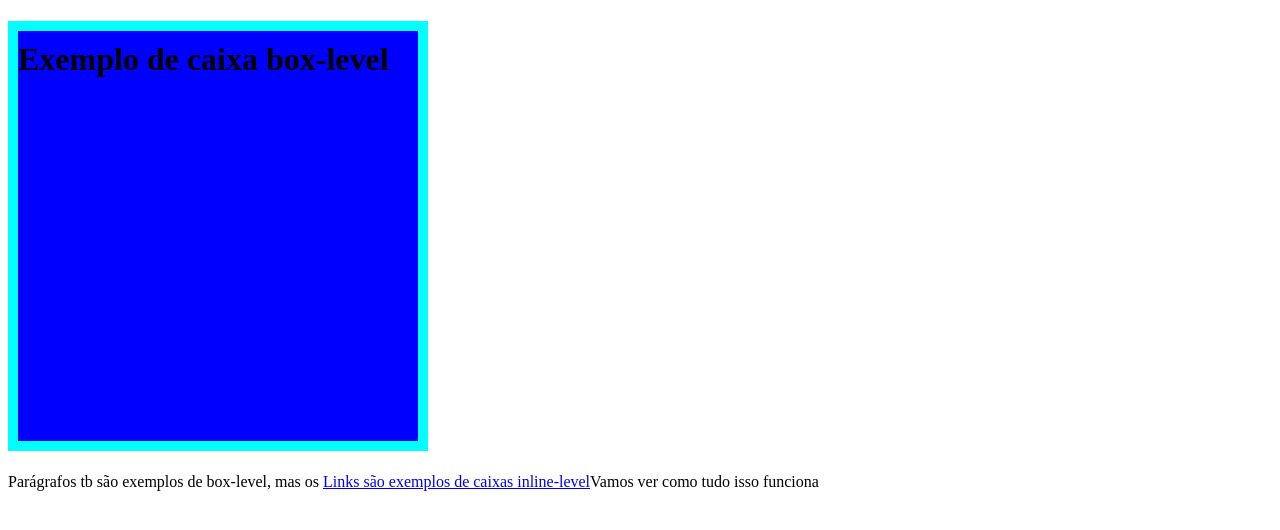
Repository: DorivalJunior14/exercicios
Page: ex.caixas.html/ex.caixas.html
An editor plug-in stored every save of this project. The page is shown before and after the next save, followed by the edit.
The browser window is 1280 px wide. The pictures show the whole page.

Above is the page before, as saved 2021-05-12 16:32:05.

### ex.caixas.html/ex.caixas.html
<!DOCTYPE html>
<html lang="pt-br">
<head>
    <meta charset="UTF-8">
    <meta name="viewport" content="width=device-width, initial-scale=1.0">
    <title>Modelos de Caixas</title>
    <style>
        h1{
            background-color: blue;
            height: 400px;
            width: 400px;
            border-width: 10px;
            border-style: solid;
            border-color: aqua;
            padding-top: 10px;
            padding-right: 10p;

        }
    </style>
</head>
<body>

    <h1>Exemplo de caixa box-level</h1>
    <p>Parágrafos tb são exemplos de box-level, mas os <a href="#">Links são exemplos de caixas inline-level</a>Vamos ver como tudo isso funciona</p>

</body>
</html>

After the next save:
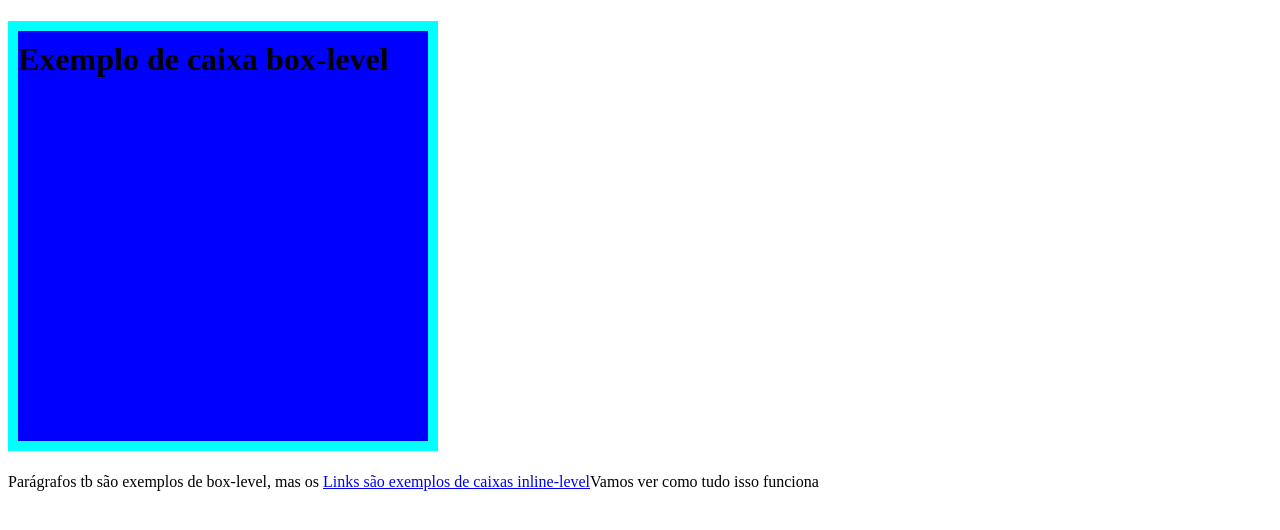
Saved 4 s later.
--- a/ex.caixas.html/ex.caixas.html
+++ b/ex.caixas.html/ex.caixas.html
@@ -13,7 +13,7 @@
             border-style: solid;
             border-color: aqua;
             padding-top: 10px;
-            padding-right: 10p;
+            padding-right: 10px;
 
         }
     </style>
